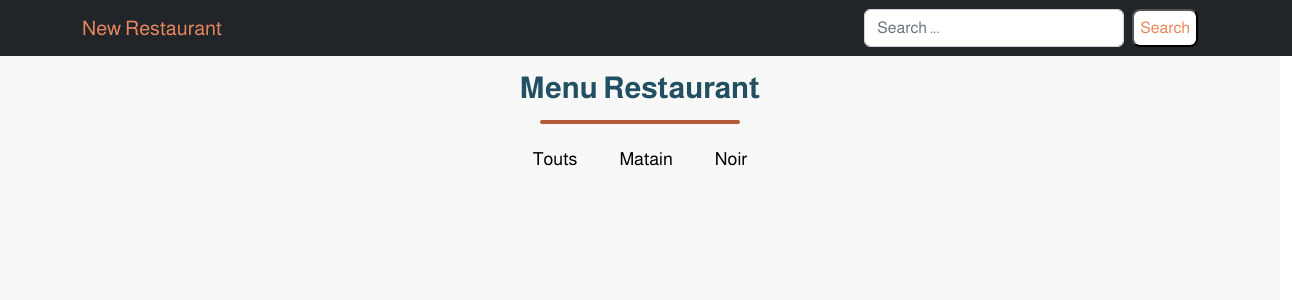
Repository: SD-Mdouka/react-table
Page: /
The author's editor kept a copy of each file at every save. The page is drawn from the files as they stood at one save, then again after the next save.
The browser window is 1280 px wide. The page is 1292 px wide, then 1280 px, so the pictures cover 1292 px, including what lies to the right of the window. The pictures show the whole page.
The project was rebuilt for these pictures with package versions that can differ from the ones it lists, and the page was loaded fresh each time.

Above is the page before, as saved 2022-10-06 16:24:30.

After the next save:
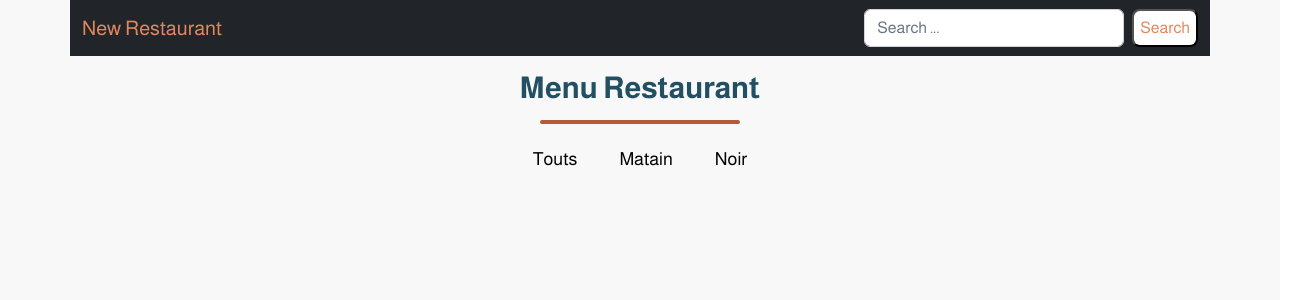
Saved 23 s later.
--- a/src/App.tsx
+++ b/src/App.tsx
@@ -8,8 +8,8 @@ import Category from "./components/Category";
 const App = () => {
   return (
     <div className="color-body font">
-      <NavBar />
       <Container>
+        <NavBar />
         <Header />
         <Category />
       </Container>
